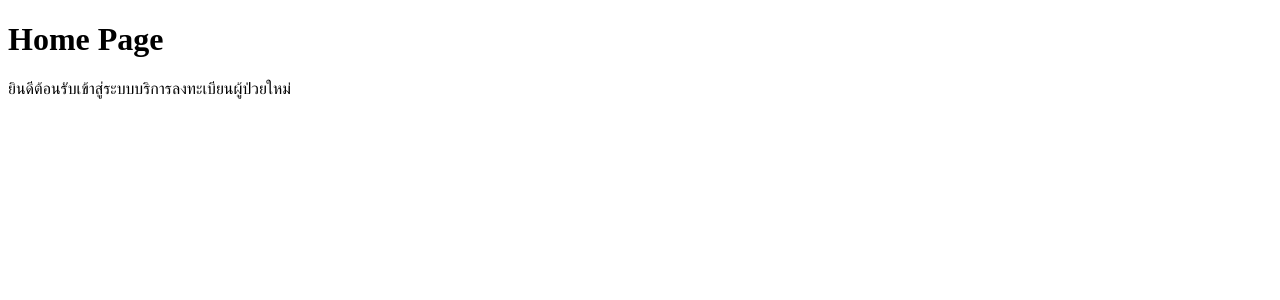
Repository: iamsamitdev/java_class_rd
Page: http://localhost/HelloJSP/
An editor plug-in stored every save of this project. The page is shown before and after the next save, followed by the edit.
The browser window is 1280 px wide. The pictures show the whole page.
The page is served by Tomcat 9.

Above is the page before, as saved 2020-03-11 07:37:07.

After the next save:
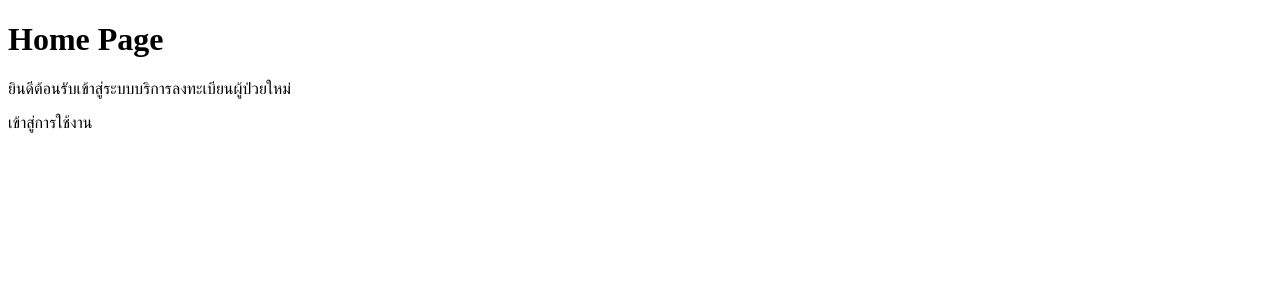
Saved 31 min 7 s later.
--- a/JSP/HelloJSP/WebContent/index.jsp
+++ b/JSP/HelloJSP/WebContent/index.jsp
@@ -9,5 +9,6 @@
 <body>
 	<h1>Home Page</h1>
 	<p>ยินดีต้อนรับเข้าสู่ระบบบริการลงทะเบียนผู้ป่วยใหม่</p>
+	<p>เข้าสู่การใช้งาน</p>
 </body>
 </html>
